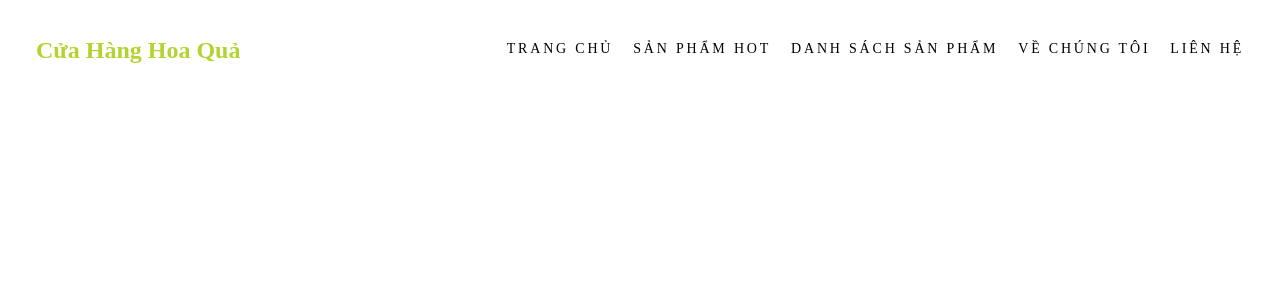
Repository: kieuduc123/HoaQua
Page: index.html
These files come from the project's save history. The page is drawn as it stood at one moment and after the next save; the edit follows.
The browser window is 1280 px wide. The pictures show the whole page.

Above is the page before, as saved 2023-11-29 21:05:12.

### index.html
<!DOCTYPE html>
<html lang="en">
<head>
    <meta charset="UTF-8">
    <meta name="viewport" content="width=device-width, initial-scale=1.0">
    <link rel="stylesheet" href="./asset/style.css">
    <title>Cửa Hàng Hoa Quả</title>
</head>
<body>
    <div class="container">
        <div class="header">
                <h1><a href="#">Cửa Hàng Hoa Quả</a></h1>
        <div class="nav">
            <ul>
                <li class="active"><a href="#">Trang Chủ</a></li>
                <li><a href="">Sản Phẩm Hot</a></li>
                <li><a href="">Danh Sách Sản Phẩm</a></li>
                <li><a href="">Về Chúng Tôi</a></li>
                <li><a href="">Liên Hệ</a></li>
            </ul>
        </div>
        </div>
    </div>

</body>
</html>

### asset/style.css
li ,a{
    text-decoration: none;
    list-style: none;
}
.container {
    margin: 0 auto;
    width: 1208px;
}
.header {
    display: flex;
    justify-content: space-between;
    align-items: center;
}
.header h1 a {
    font-size: 24px;
    font-weight: 700;
     color: #B2D430;
}
.header ul{
    display: flex;
    justify-content: center;
    align-items: center;
}
.header li{
    padding-left: 20px;
}
.header li a {
    font-size: 16px;
    font-weight: 400;
    text-transform: uppercase;
    padding: 10px 0;
    color: #000;
    font-size: 14px;
    letter-spacing: .2em;

}

After the next save:
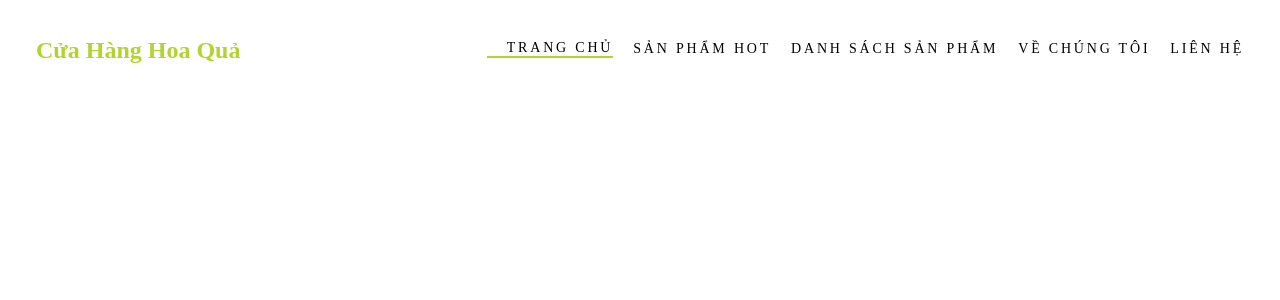
Saved 27 s later.
--- a/asset/style.css
+++ b/asset/style.css
@@ -24,6 +24,10 @@ li ,a{
 .header li{
     padding-left: 20px;
 }
+.header li.active{
+    border-bottom: 2px solid #B2D430;
+}
+
 .header li a {
     font-size: 16px;
     font-weight: 400;
@@ -32,5 +36,4 @@ li ,a{
     color: #000;
     font-size: 14px;
     letter-spacing: .2em;
-
 }
